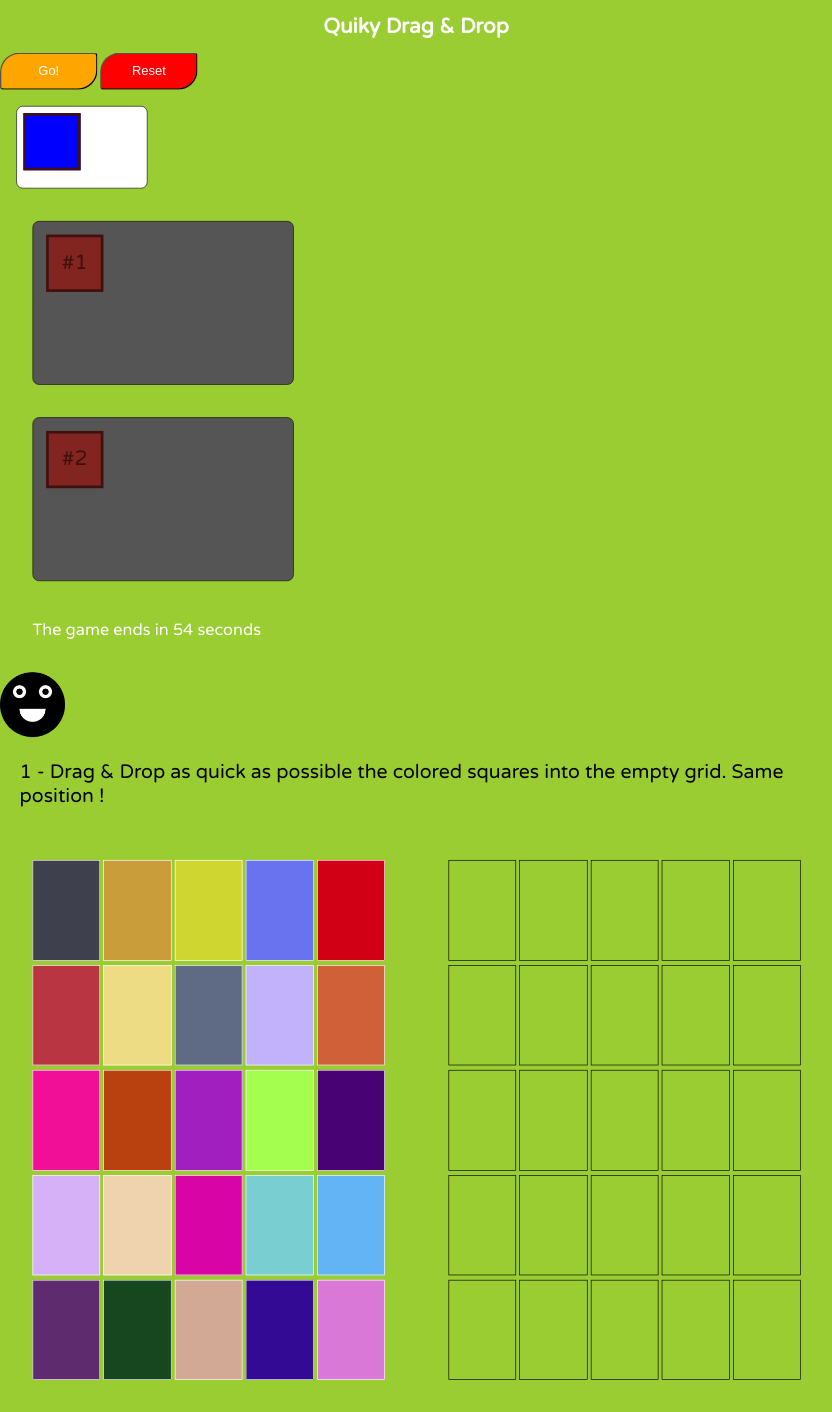
Repository: Siehan/Quiky-drag-and-drop
Page: index.html
An editor plug-in stored every save of this project. The page is shown before and after a run of saves, followed by the edit.
The browser window is 1280 px wide. The pictures show the whole page, at 65% of full size.

Above is the page before, as saved 2020-01-22 12:13:40.

After the next 2 saves:
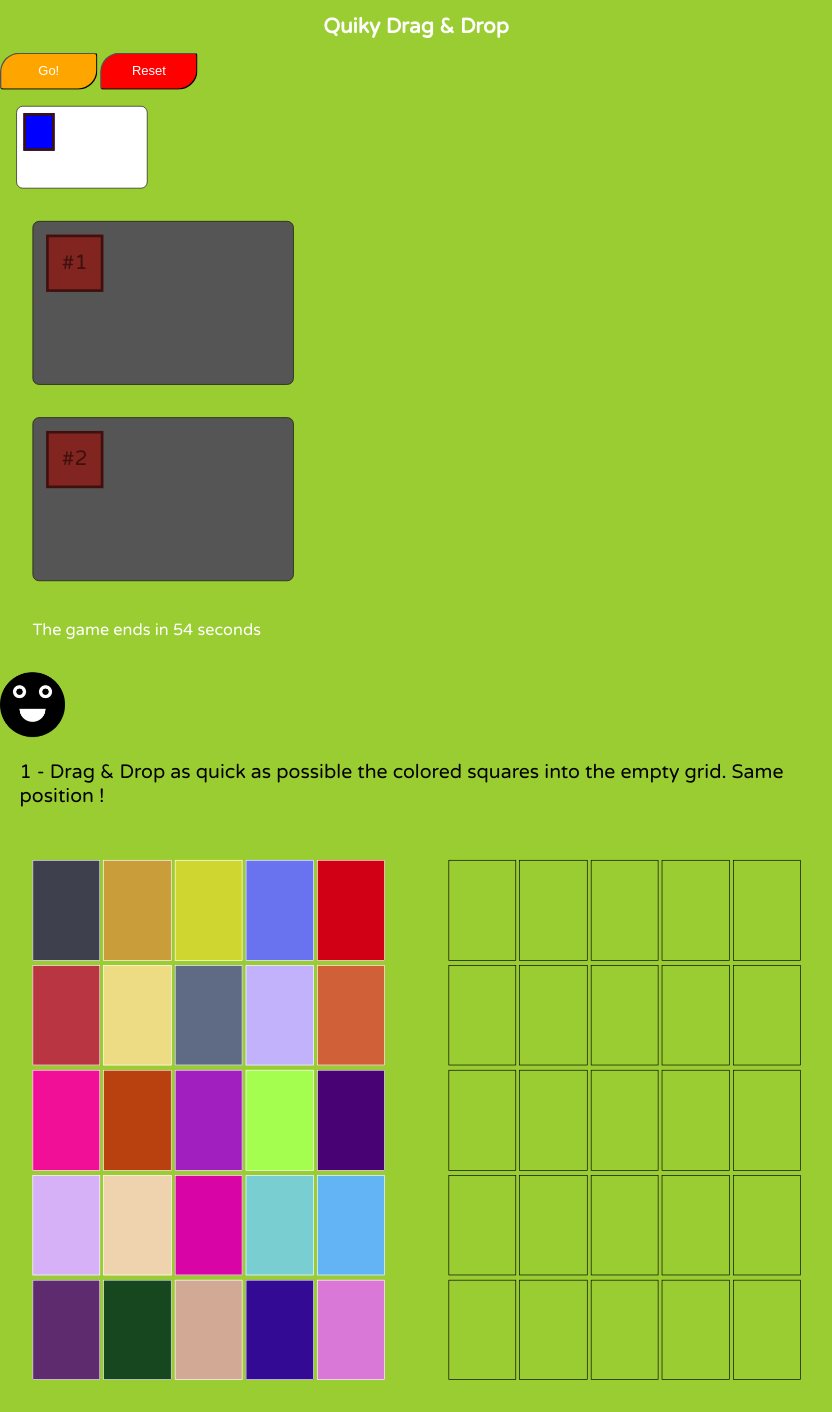
The 2 saves are shown as one change because they came seconds apart.
The last was saved 14 s later.
--- a/style.css
+++ b/style.css
@@ -136,8 +136,8 @@ p {
     display: inline-block;
     margin: 10px 5px 5px 10px;
     padding-top: 20px;
-    width: 80px;
-    height: 60px;
+    width: 40px;
+    height: 30px;
     color: #3D110F;
     background-color: blue;
     border: 4px solid #3D110F;
